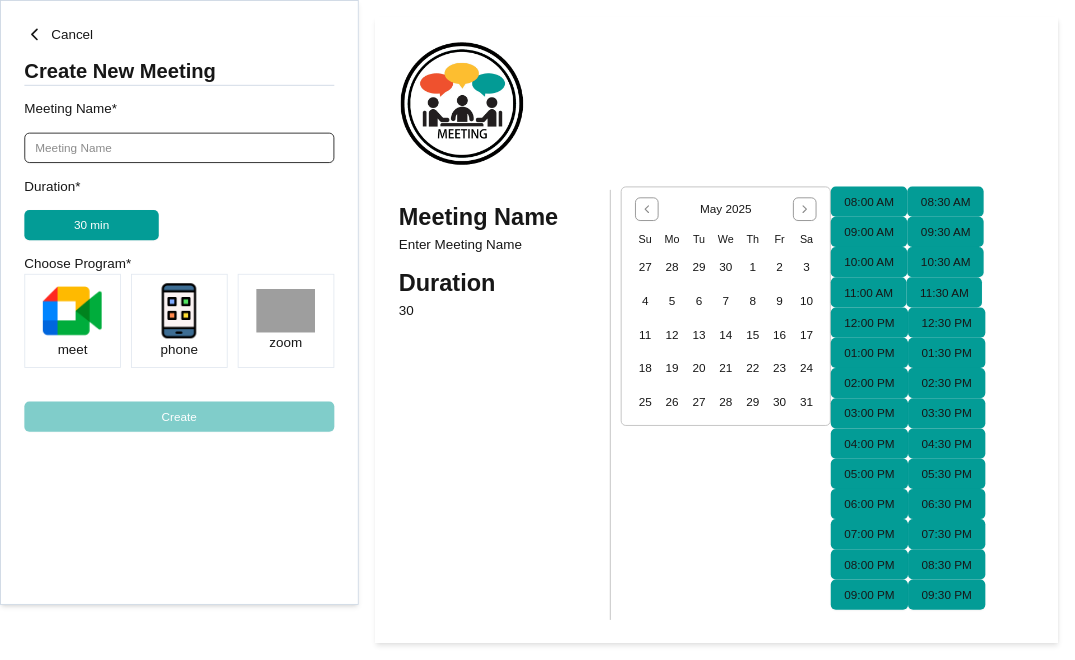
Repository: walaa-horani/scheduleMeetingNextjs
Page: /create-meeting
An editor plug-in stored every save of this project. The page is shown before and after the next save, followed by the edit.
The browser window is 1280 px wide. The pictures show the whole page, at 84% of full size.
Pictures or frames that could not be fetched are drawn as grey boxes. The project was rebuilt for these pictures with package versions that can differ from the ones it lists, and the page was loaded fresh each time. The framework's server and built-in components were replaced by stand-ins that run in the browser. Also part of the build but not shown: next.config.mjs.

Above is the page before, as saved 2025-05-28 21:55:33.

### app/layout.js
import { Inter, JetBrains_Mono } from "next/font/google";
import "./globals.css";

const inter = Inter({
  variable: "--font-sans",
  subsets: ["latin"],
});

const jetbrains = JetBrains_Mono({
  variable: "--font-mono",
  subsets: ["latin"],
});
export const metadata = {
  title: "Create Next App",
  description: "Generated by create next app",
};

export default function RootLayout({ children }) {
  return (
    <html lang="en">
      <body
        className={`${inter.variable} ${inter.variable} antialiased`}
      >
        {children}
      </body>
    </html>
  );
}

### app/(routes)/create-meeting/page.js
"use client"
import React, { useState } from 'react'
  import MeetingForm from './_components/MeetingForm'
import PreviewMeeting from './PreviewMeeting'
function CreateMeeting() {

      const [formValue,setFormValue] = useState()





  return (
    <div className='grid md:grid-cols-3 grid-cols-1'>

<div className=' p-3 shadow-md border border-slate-300 h-screen'>

          <MeetingForm setFormValue={setFormValue}/>
        </div>

        <div className='col-span-2'>
        <PreviewMeeting formValue={formValue}/>
        </div>
    </div>
  )
}

export default CreateMeeting

### app/(routes)/create-meeting/_components/MeetingForm.js
"use client"
import { ChevronLeft } from 'lucide-react'
import React, { useEffect, useState } from 'react'
import { Input } from '@/components/ui/input'
import { Button } from '@/components/ui/button'
import porgrams from '../../_utils/program'
import Image from 'next/image'
import {
  DropdownMenu,
  DropdownMenuContent,
  DropdownMenuItem,
  DropdownMenuLabel,
  DropdownMenuSeparator,
  DropdownMenuTrigger,
} from "@/components/ui/dropdown-menu"
import Link from 'next/link'

function MeetingForm({setFormValue}) {

    const [program,setProgram]= useState()
    const [meetingName,setMeeting] = useState()
    const [duration,setDuration] = useState(30)

    const [programsURL,setProgramsURL] = useState()



    useEffect(()=>{
      setFormValue({
        program:program,
        meetingName:meetingName,
        duration:duration,
        programsURL:programsURL

      })
    },[program,meetingName,duration,programsURL])





  return (
    <div className='p-4  '>
       <Link className='cursor-pointer' href={"/dashboard"}> <h1 className='flex gap-2 '> <ChevronLeft/> Cancel</h1></Link>
        <div>
            <h1 className='font-bold text-2xl mt-4'>Create New Meeting</h1>


            </div>

             <hr className='text-slate-300'/>

             <div className='flex flex-col gap-4 my-4'>

                <h2>Meeting Name*</h2>
                <Input onChange={(e)=> setMeeting(e.target.value)} placeholder="Meeting Name"/>
                </div>

             <div className='flex flex-col gap-4 my-4'>

                <h2>Duration*</h2>
             <Button className="max-w-40 text-white" >

                <DropdownMenu className="bg-white ">
  <DropdownMenuTrigger>{duration} min</DropdownMenuTrigger>
  <DropdownMenuContent className="bg-white border border-gray-200 shadow-lg rounded-md p-2 w-40">

    <DropdownMenuItem onClick={(e)=> setDuration(15)}>15 Min</DropdownMenuItem>
    <DropdownMenuItem onClick={(e)=> setDuration(30)}>30 Min</DropdownMenuItem>
    <DropdownMenuItem onClick={(e)=> setDuration(45)}>45 Min</DropdownMenuItem>
    <DropdownMenuItem onClick={(e)=> setDuration(60)}>60 Min</DropdownMenuItem>
  </DropdownMenuContent>
</DropdownMenu>

             </Button>
                </div>

                <div>
                   <h2>Choose Program*</h2>

                    <div  className='grid grid-cols-3 gap-3'>


                    {porgrams.map((item)=>(
                        <div onClick={()=> setProgram(item.name)} className={ `cursor-pointer hover:bg-[#e8f7f6] border-slate-200 p-2 flex flex-col justify-center border items-center ${program==item.name&&"bg-[#e8f7f6]"}`}>

                        <Image width={70} height={70} alt='image' src={item.icon}/>
                        <h2>{item.name}</h2>
                         </div>
                    ))}
                    </div>

                     {program&&
                        <>
                    <h2 className='mt-4'>Add {program} Url*</h2>
                <Input  onChange={(e)=> setProgramsURL(e.target.value)} placeholder="url"/></> }

                    </div>

                    <Button disabled={!(meetingName && duration &&programsURL &&  program)} className="mt-10 w-full text-white cursor-pointer">Create</Button>
    </div>
  )
}

export default MeetingForm

### app/(routes)/create-meeting/PreviewMeeting.js
"use client"
import React, { useEffect, useState } from 'react'
import Image from 'next/image'
import { Clock, MapPin } from 'lucide-react'
import Link from 'next/link'
import { Calendar } from "@/components/ui/calendar"
import { Button } from '@/components/ui/button'

function PreviewMeeting({formValue}) {

  const [date,setDate]= useState(new Date())
  const[timeSlotes,setTimeSlots] = useState()
  useEffect(()=>{
    formValue?.duration&&createTimeSlot(formValue?.duration)

  },[formValue])

   const createTimeSlot=(interval)=>{
        const startTime = 8 * 60; // 8 AM in minutes
        const endTime = 22 * 60; // 10 PM in minutes
        const totalSlots = (endTime - startTime) / interval;
        const slots = Array.from({ length: totalSlots }, (_, i) => {
      const totalMinutes = startTime + i * interval;
      const hours = Math.floor(totalMinutes / 60);
      const minutes = totalMinutes % 60;
      const formattedHours = hours > 12 ? hours - 12 : hours; // Convert to 12-hour format
      const period = hours >= 12 ? 'PM' : 'AM';
      return `${String(formattedHours).padStart(2, '0')}:${String(minutes).padStart(2, '0')} ${period}`;
    });

    setTimeSlots(slots);
    console.log(slots)
    }
  return (

       <div className='p-7 shadow-md   m-5'>
          <Image width={150} height={150} src="/logo.png"/>


         <div className='grid grid-cols-1 md:grid-cols-3'>

          <div className='mt-7  border-r border-[#bcbcbc]'>

             <div>

         <h2 className='font-bold text-[28px] mt-3'>Meeting Name</h2>
             <h2>{formValue?.meetingName?formValue?.meetingName:"Enter Meeting Name"}</h2>
           </div>


            <div>

         <h2 className='font-bold text-[28px] mt-3'>Duration</h2>
             <h2>{formValue?.duration?formValue?.duration:"duration"}</h2>
           </div>




          </div>


        <div className='md:col-span-2 flex p-3 mt-3'>
          <div className='flex flex-col'>



          <Calendar
              mode="single"
              selected={date}
              onSelect={setDate}
              className="rounded-md border border-[#bcbcbc]"
            />
              </div>

              <div>
                {timeSlotes?.map((item)=>(
                 <Button>{item}</Button>
                ))}
              </div>
          </div>
         </div>
         </div>





































    //     <div className='p-7 shadow-md   m-5'>
//         <Image width={150} height={150} alt='logo' src="/logo.png"/>



//         {/* Meeting Info */}

//         <div className='grid grid-cols-1 md:grid-cols-3'>


//       <div className='mt-7  border-r border-[#bcbcbc]'>

//        <h2 className='font-bold text-[28px] text-[#039b95] '>Meeting Name</h2>
//        <h2 className='mt-6'>{formValue?.meetingName?formValue?.meetingName:"Meeting Name"}</h2>


//         <div className='flex items-center gap-2 mt-5'>
//             <Clock/> <h2> {formValue?.duration} Min</h2>
//         </div>

//         <div className='flex items-center gap-2 mt-5'>
//             <MapPin/> <h2> {formValue?.program} </h2>
//         </div>

//          <div className='mt-5'>


//         <Link  href={formValue?.programsURL?formValue?.programsURL:"#"}  className='text-blue-500 '>{formValue?.programsURL?formValue?.programsURL:"url"}</Link>
//          </div>

//     </div>
// </div>
//     <div>
//         {/* Time AND Date */}
//     </div>

//     </div>
  )
}

export default PreviewMeeting

### components/ui/input.jsx
import * as React from "react"

import { cn } from "@/lib/utils"

function Input({
  className,
  type,
  ...props
}) {
  return (
    <input
      type={type}
      data-slot="input"
      className={cn(
        "file:text-foreground placeholder:text-muted-foreground selection:bg-primary selection:text-primary-foreground dark:bg-input/30 border-input flex h-9 w-full min-w-0 rounded-md border bg-transparent px-3 py-1 text-base shadow-xs transition-[color,box-shadow] outline-none file:inline-flex file:h-7 file:border-0 file:bg-transparent file:text-sm file:font-medium disabled:pointer-events-none disabled:cursor-not-allowed disabled:opacity-50 md:text-sm",
        "focus-visible:border-ring focus-visible:ring-ring/50 focus-visible:ring-[3px]",
        "aria-invalid:ring-destructive/20 dark:aria-invalid:ring-destructive/40 aria-invalid:border-destructive",
        className
      )}
      {...props} />
  );
}

export { Input }

### components/ui/button.jsx
import * as React from "react"
import { Slot } from "@radix-ui/react-slot"
import { cva } from "class-variance-authority";

import { cn } from "@/lib/utils"

const buttonVariants = cva(
  "inline-flex items-center justify-center gap-2 whitespace-nowrap rounded-md text-sm font-medium transition-all disabled:pointer-events-none disabled:opacity-50 [&_svg]:pointer-events-none [&_svg:not([class*='size-'])]:size-4 shrink-0 [&_svg]:shrink-0 outline-none focus-visible:border-ring focus-visible:ring-ring/50 focus-visible:ring-[3px] aria-invalid:ring-destructive/20 dark:aria-invalid:ring-destructive/40 aria-invalid:border-destructive",
  {
    variants: {
      variant: {
        default:
          "bg-[#039C96] text-primary-foreground shadow-xs hover:bg-primary/90",
        destructive:
          "bg-destructive text-white shadow-xs hover:bg-destructive/90 focus-visible:ring-destructive/20 dark:focus-visible:ring-destructive/40 dark:bg-destructive/60",
        outline:
          "border bg-background shadow-xs hover:bg-accent hover:text-accent-foreground dark:bg-input/30 dark:border-input dark:hover:bg-input/50",
        secondary:
          "bg-secondary text-secondary-foreground shadow-xs hover:bg-secondary/80",
        ghost:
          "hover:bg-accent hover:text-accent-foreground dark:hover:bg-accent/50",
        link: "text-primary underline-offset-4 hover:underline",
      },
      size: {
        default: "h-9 px-4 py-2 has-[>svg]:px-3",
        sm: "h-8 rounded-md gap-1.5 px-3 has-[>svg]:px-2.5",
        lg: "h-10 rounded-md px-6 has-[>svg]:px-4",
        icon: "size-9",
      },
    },
    defaultVariants: {
      variant: "default",
      size: "default",
    },
  }
)

function Button({
  className,
  variant,
  size,
  asChild = false,
  ...props
}) {
  const Comp = asChild ? Slot : "button"

  return (
    <Comp
      data-slot="button"
      className={cn(buttonVariants({ variant, size, className }))}
      {...props} />
  );
}

export { Button, buttonVariants }

### app/(routes)/_utils/program.js
const porgrams = [
    {
        name:"meet",
        icon:"/meet.png"
    },

    {
        name:"phone",
        icon:"/app.png"
    },

    {
        name:"zoom",
        icon:"/business.png"
    },
]


export default porgrams;

### components/ui/dropdown-menu.jsx
"use client"

import * as React from "react"
import * as DropdownMenuPrimitive from "@radix-ui/react-dropdown-menu"
import { CheckIcon, ChevronRightIcon, CircleIcon } from "lucide-react"

import { cn } from "@/lib/utils"

function DropdownMenu({
  ...props
}) {
  return <DropdownMenuPrimitive.Root data-slot="dropdown-menu" {...props} />;
}

function DropdownMenuPortal({
  ...props
}) {
  return (<DropdownMenuPrimitive.Portal data-slot="dropdown-menu-portal" {...props} />);
}

function DropdownMenuTrigger({
  ...props
}) {
  return (<DropdownMenuPrimitive.Trigger data-slot="dropdown-menu-trigger" {...props} />);
}

function DropdownMenuContent({
  className,
  sideOffset = 4,
  ...props
}) {
  return (
    <DropdownMenuPrimitive.Portal>
      <DropdownMenuPrimitive.Content
        data-slot="dropdown-menu-content"
        sideOffset={sideOffset}
        className={cn(
          "bg-popover text-popover-foreground data-[state=open]:animate-in data-[state=closed]:animate-out data-[state=closed]:fade-out-0 data-[state=open]:fade-in-0 data-[state=closed]:zoom-out-95 data-[state=open]:zoom-in-95 data-[side=bottom]:slide-in-from-top-2 data-[side=left]:slide-in-from-right-2 data-[side=right]:slide-in-from-left-2 data-[side=top]:slide-in-from-bottom-2 z-50 max-h-(--radix-dropdown-menu-content-available-height) min-w-[8rem] origin-(--radix-dropdown-menu-content-transform-origin) overflow-x-hidden overflow-y-auto rounded-md border p-1 shadow-md",
          className
        )}
        {...props} />
    </DropdownMenuPrimitive.Portal>
  );
}

function DropdownMenuGroup({
  ...props
}) {
  return (<DropdownMenuPrimitive.Group data-slot="dropdown-menu-group" {...props} />);
}

function DropdownMenuItem({
  className,
  inset,
  variant = "default",
  ...props
}) {
  return (
    <DropdownMenuPrimitive.Item
      data-slot="dropdown-menu-item"
      data-inset={inset}
      data-variant={variant}
      className={cn(
        "focus:bg-accent focus:text-accent-foreground data-[variant=destructive]:text-destructive data-[variant=destructive]:focus:bg-destructive/10 dark:data-[variant=destructive]:focus:bg-destructive/20 data-[variant=destructive]:focus:text-destructive data-[variant=destructive]:*:[svg]:!text-destructive [&_svg:not([class*='text-'])]:text-muted-foreground relative flex cursor-default items-center gap-2 rounded-sm px-2 py-1.5 text-sm outline-hidden select-none data-[disabled]:pointer-events-none data-[disabled]:opacity-50 data-[inset]:pl-8 [&_svg]:pointer-events-none [&_svg]:shrink-0 [&_svg:not([class*='size-'])]:size-4",
        className
      )}
      {...props} />
  );
}

function DropdownMenuCheckboxItem({
  className,
  children,
  checked,
  ...props
}) {
  return (
    <DropdownMenuPrimitive.CheckboxItem
      data-slot="dropdown-menu-checkbox-item"
      className={cn(
        "focus:bg-accent focus:text-accent-foreground relative flex cursor-default items-center gap-2 rounded-sm py-1.5 pr-2 pl-8 text-sm outline-hidden select-none data-[disabled]:pointer-events-none data-[disabled]:opacity-50 [&_svg]:pointer-events-none [&_svg]:shrink-0 [&_svg:not([class*='size-'])]:size-4",
        className
      )}
      checked={checked}
      {...props}>
      <span
        className="pointer-events-none absolute left-2 flex size-3.5 items-center justify-center">
        <DropdownMenuPrimitive.ItemIndicator>
          <CheckIcon className="size-4" />
        </DropdownMenuPrimitive.ItemIndicator>
      </span>
      {children}
    </DropdownMenuPrimitive.CheckboxItem>
  );
}

function DropdownMenuRadioGroup({
  ...props
}) {
  return (<DropdownMenuPrimitive.RadioGroup data-slot="dropdown-menu-radio-group" {...props} />);
}

function DropdownMenuRadioItem({
  className,
  children,
  ...props
}) {
  return (
    <DropdownMenuPrimitive.RadioItem
      data-slot="dropdown-menu-radio-item"
      className={cn(
        "focus:bg-accent focus:text-accent-foreground relative flex cursor-default items-center gap-2 rounded-sm py-1.5 pr-2 pl-8 text-sm outline-hidden select-none data-[disabled]:pointer-events-none data-[disabled]:opacity-50 [&_svg]:pointer-events-none [&_svg]:shrink-0 [&_svg:not([class*='size-'])]:size-4",
        className
      )}
      {...props}>
      <span
        className="pointer-events-none absolute left-2 flex size-3.5 items-center justify-center">
        <DropdownMenuPrimitive.ItemIndicator>
          <CircleIcon className="size-2 fill-current" />
        </DropdownMenuPrimitive.ItemIndicator>
      </span>
      {children}
    </DropdownMenuPrimitive.RadioItem>
  );
}

function DropdownMenuLabel({
  className,
  inset,
  ...props
}) {
  return (
    <DropdownMenuPrimitive.Label
      data-slot="dropdown-menu-label"
      data-inset={inset}
      className={cn("px-2 py-1.5 text-sm font-medium data-[inset]:pl-8", className)}
      {...props} />
  );
}

function DropdownMenuSeparator({
  className,
  ...props
}) {
  return (
    <DropdownMenuPrimitive.Separator
      data-slot="dropdown-menu-separator"
      className={cn("bg-border -mx-1 my-1 h-px", className)}
      {...props} />
  );
}

function DropdownMenuShortcut({
  className,
  ...props
}) {
  return (
    <span
      data-slot="dropdown-menu-shortcut"
      className={cn("text-muted-foreground ml-auto text-xs tracking-widest", className)}
      {...props} />
  );
}

function DropdownMenuSub({
  ...props
}) {
  return <DropdownMenuPrimitive.Sub data-slot="dropdown-menu-sub" {...props} />;
}

function DropdownMenuSubTrigger({
  className,
  inset,
  children,
  ...props
}) {
  return (
    <DropdownMenuPrimitive.SubTrigger
      data-slot="dropdown-menu-sub-trigger"
      data-inset={inset}
      className={cn(
        "focus:bg-accent focus:text-accent-foreground data-[state=open]:bg-accent data-[state=open]:text-accent-foreground flex cursor-default items-center rounded-sm px-2 py-1.5 text-sm outline-hidden select-none data-[inset]:pl-8",
        className
      )}
      {...props}>
      {children}
      <ChevronRightIcon className="ml-auto size-4" />
    </DropdownMenuPrimitive.SubTrigger>
  );
}

function DropdownMenuSubContent({
  className,
  ...props
}) {
  return (
    <DropdownMenuPrimitive.SubContent
      data-slot="dropdown-menu-sub-content"
      className={cn(
        "bg-popover text-popover-foreground data-[state=open]:animate-in data-[state=closed]:animate-out data-[state=closed]:fade-out-0 data-[state=open]:fade-in-0 data-[state=closed]:zoom-out-95 data-[state=open]:zoom-in-95 data-[side=bottom]:slide-in-from-top-2 data-[side=left]:slide-in-from-right-2 data-[side=right]:slide-in-from-left-2 data-[side=top]:slide-in-from-bottom-2 z-50 min-w-[8rem] origin-(--radix-dropdown-menu-content-transform-origin) overflow-hidden rounded-md border p-1 shadow-lg",
        className
      )}
      {...props} />
  );
}

export {
  DropdownMenu,
  DropdownMenuPortal,
  DropdownMenuTrigger,
  DropdownMenuContent,
  DropdownMenuGroup,
  DropdownMenuLabel,
  DropdownMenuItem,
  DropdownMenuCheckboxItem,
  DropdownMenuRadioGroup,
  DropdownMenuRadioItem,
  DropdownMenuSeparator,
  DropdownMenuShortcut,
  DropdownMenuSub,
  DropdownMenuSubTrigger,
  DropdownMenuSubContent,
}

### components/ui/calendar.jsx
"use client"

import * as React from "react"
import { ChevronLeft, ChevronRight } from "lucide-react"
import { DayPicker } from "react-day-picker"

import { cn } from "@/lib/utils"
import { buttonVariants } from "@/components/ui/button"

function Calendar({
  className,
  classNames,
  showOutsideDays = true,
  ...props
}) {
  return (
    <DayPicker
      showOutsideDays={showOutsideDays}
      className={cn("p-3", className)}
      classNames={{
        months: "flex flex-col sm:flex-row gap-2",
        month: "flex flex-col gap-4",
        caption: "flex justify-center pt-1 relative items-center w-full",
        caption_label: "text-sm font-medium",
        nav: "flex items-center gap-1",
        nav_button: cn(
          buttonVariants({ variant: "outline" }),
          "size-7 bg-transparent p-0 opacity-50 hover:opacity-100"
        ),
        nav_button_previous: "absolute left-1",
        nav_button_next: "absolute right-1",
        table: "w-full border-collapse space-x-1",
        head_row: "flex",
        head_cell:
          "text-muted-foreground rounded-md w-8 font-normal text-[0.8rem]",
        row: "flex w-full mt-2",
        cell: cn(
          "relative p-0 text-center text-sm focus-within:relative focus-within:z-20 [&:has([aria-selected])]:bg-accent [&:has([aria-selected].day-range-end)]:rounded-r-md",
          props.mode === "range"
            ? "[&:has(>.day-range-end)]:rounded-r-md [&:has(>.day-range-start)]:rounded-l-md first:[&:has([aria-selected])]:rounded-l-md last:[&:has([aria-selected])]:rounded-r-md"
            : "[&:has([aria-selected])]:rounded-md"
        ),
        day: cn(
          buttonVariants({ variant: "ghost" }),
          "size-8 p-0 font-normal aria-selected:opacity-100"
        ),
        day_range_start:
          "day-range-start aria-selected:bg-primary aria-selected:text-primary-foreground",
        day_range_end:
          "day-range-end aria-selected:bg-primary aria-selected:text-primary-foreground",
        day_selected:
          "bg-primary text-primary-foreground hover:bg-primary hover:text-primary-foreground focus:bg-primary focus:text-primary-foreground",
        day_today: "bg-accent text-accent-foreground",
        day_outside:
          "day-outside text-muted-foreground aria-selected:text-muted-foreground",
        day_disabled: "text-muted-foreground opacity-50",
        day_range_middle:
          "aria-selected:bg-accent aria-selected:text-accent-foreground",
        day_hidden: "invisible",
        ...classNames,
      }}
      components={{
        IconLeft: ({ className, ...props }) => (
          <ChevronLeft className={cn("size-4", className)} {...props} />
        ),
        IconRight: ({ className, ...props }) => (
          <ChevronRight className={cn("size-4", className)} {...props} />
        ),
      }}
      {...props} />
  );
}

export { Calendar }

Loaded but not shown: app/globals.css (common file); lib/utils.js (common file)

After the next save:
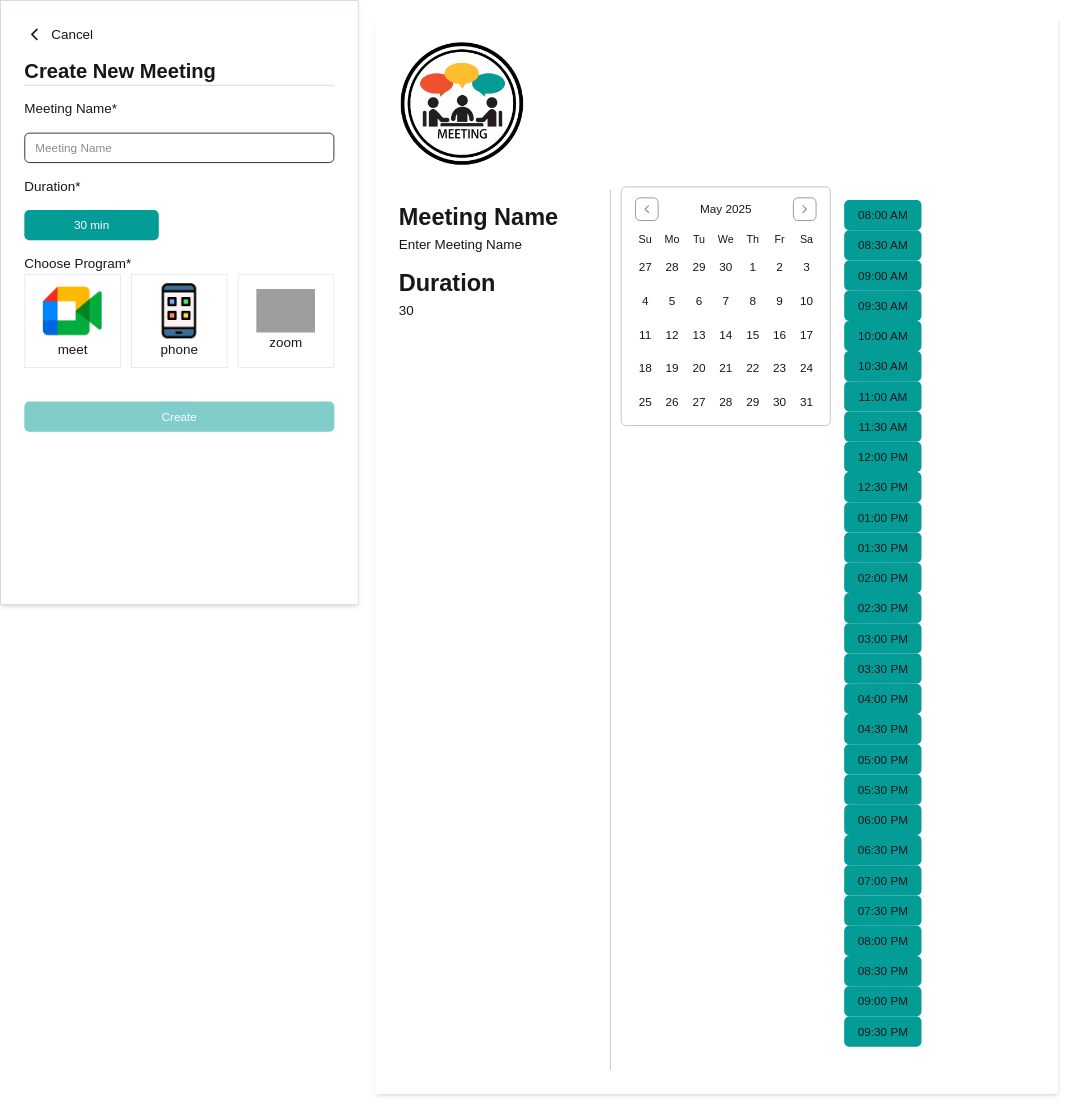
Saved 2 min 51 s later.
--- a/app/(routes)/create-meeting/PreviewMeeting.js
+++ b/app/(routes)/create-meeting/PreviewMeeting.js
@@ -64,7 +64,7 @@
           <div className='flex flex-col'>
 
 
-
+       {/* #039b95    */}
           <Calendar
               mode="single"
               selected={date}
@@ -73,9 +73,9 @@
             />
               </div>
 
-              <div>
+              <div className='flex flex-col p-4 '>
                 {timeSlotes?.map((item)=>(
-                 <Button>{item}</Button>
+                 <Button className="border-[#039b95] ">{item}</Button>
                 ))}
               </div>
           </div>
